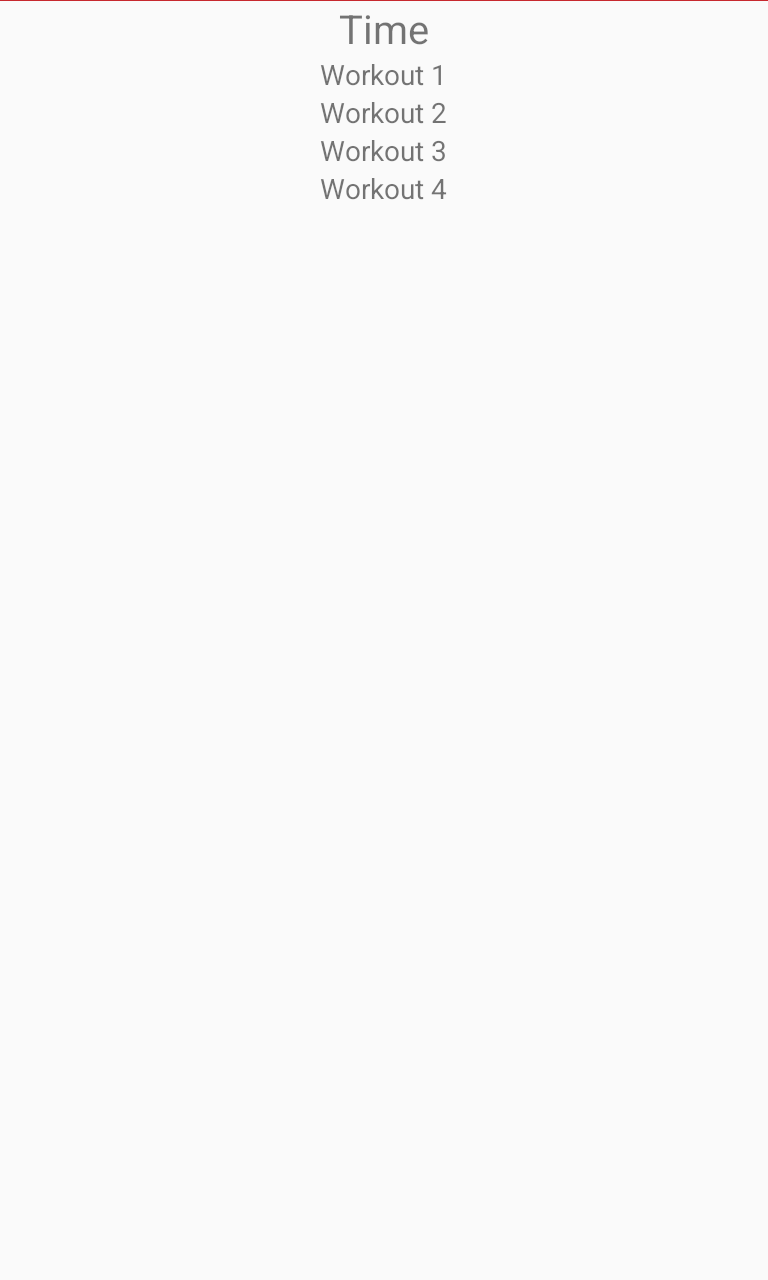
Repository: hackathon-2014/devdroid-repo
Layout: HealthyCompetition/res/layout/battlefield_layout.xml
The author's editor kept a copy of each file at every save. The layout is drawn from the files as they stood at one save, then again after the next save.
It is drawn on a 768 x 1280 px phone screen (xhdpi) without system bars, with theme AppTheme; the app's code is not run.

Above is the layout before, as saved 2014-08-23 18:49:15.

After the next save:
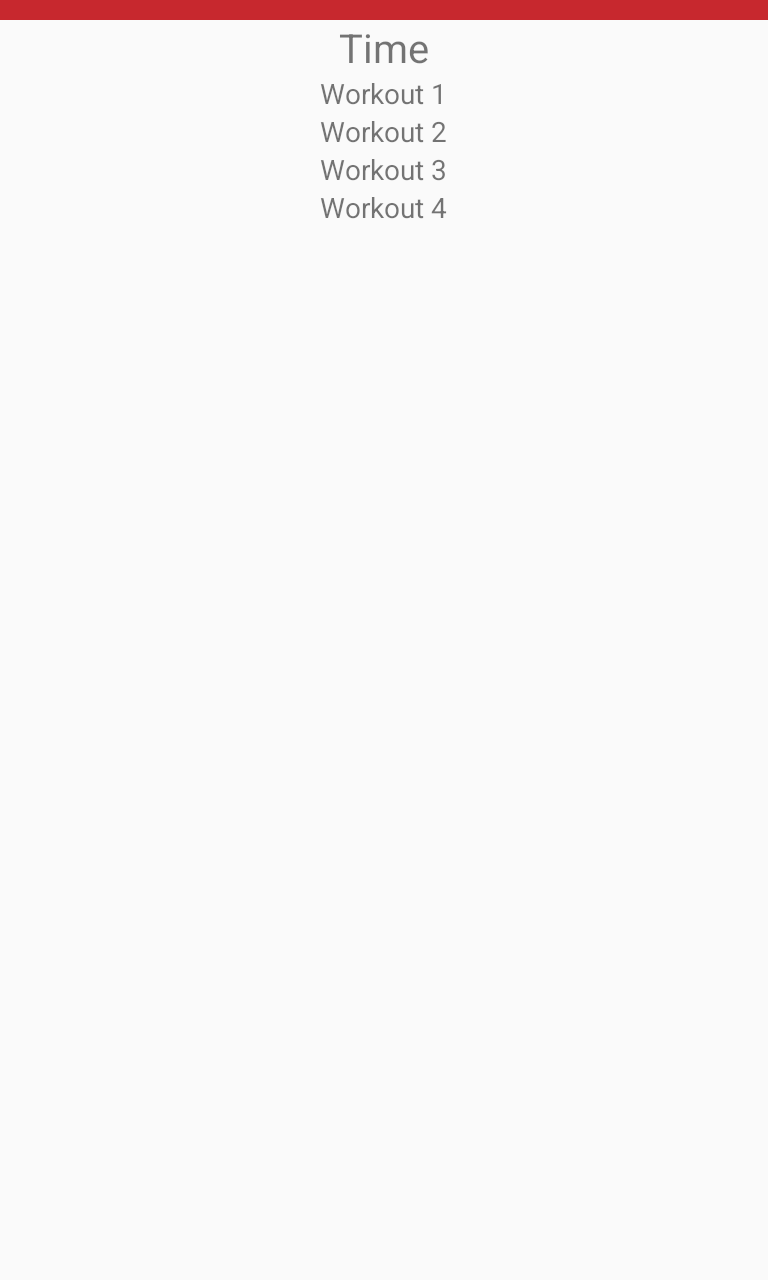
Saved 17 s later.
--- a/HealthyCompetition/res/layout/battlefield_layout.xml
+++ b/HealthyCompetition/res/layout/battlefield_layout.xml
@@ -12,7 +12,7 @@
         <ImageView
             android:id="@+id/versus_image"
             android:layout_width="match_parent"
-            android:layout_height="wrap_content"
+            android:layout_height="10dp"
             android:src="@color/light_red" />
 
         <TextView
